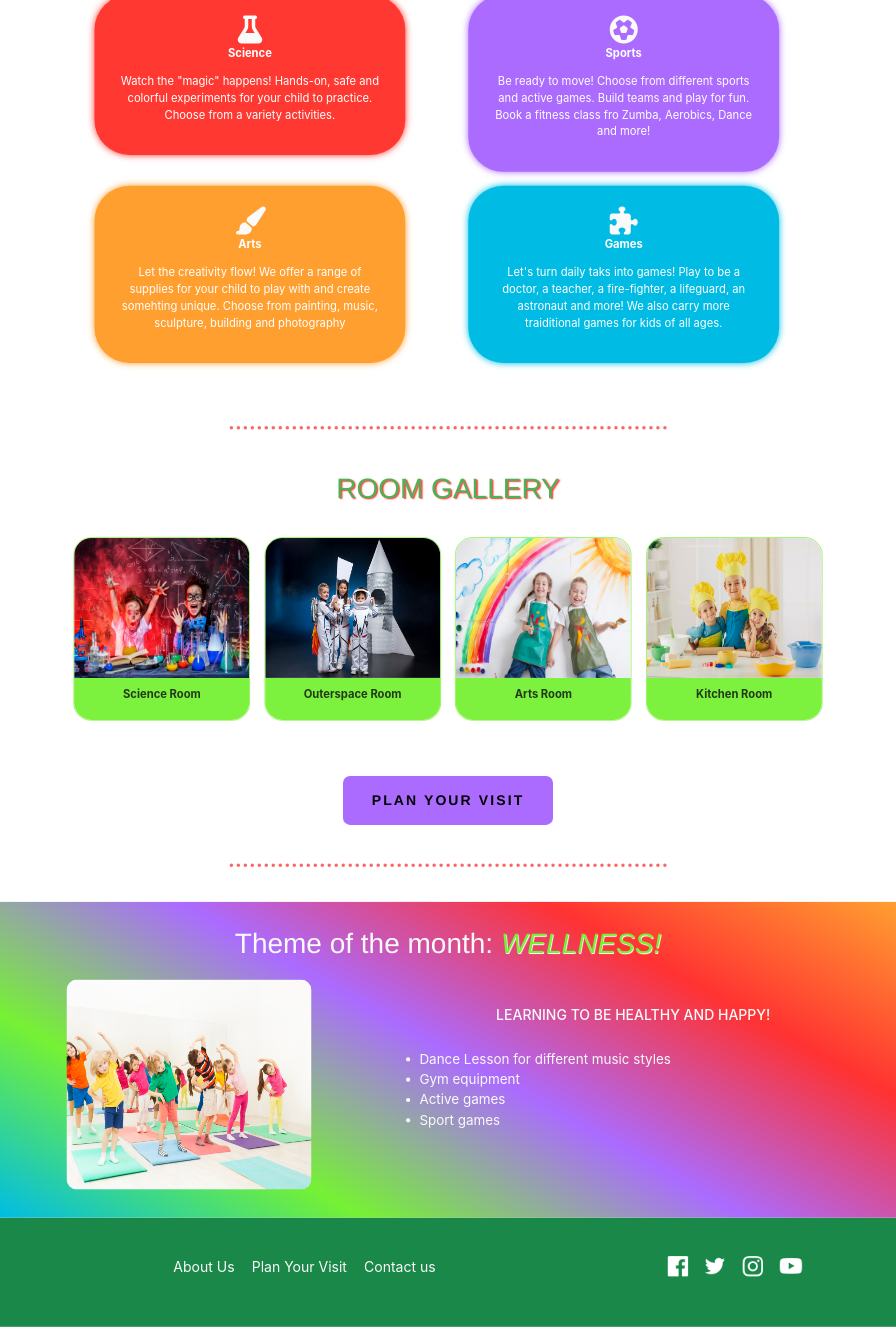
Repository: Code-Institute-Submissions/my-first-frontend-milestone-project
Page: index.html
The author's editor kept a record of every edit. The page is drawn from the files as they stood at one moment, then again after the next edit.
The browser window is 1280 px wide. The pictures show the part of the page from y = 1889 to 3809 px (the page is 3784 px tall before and 3809 px after), at 70% of full size.
Some web fonts or font styles are not loaded; a fallback is used. Some web libraries are served in a nearby version.

Above is the page before.

After the next edit:
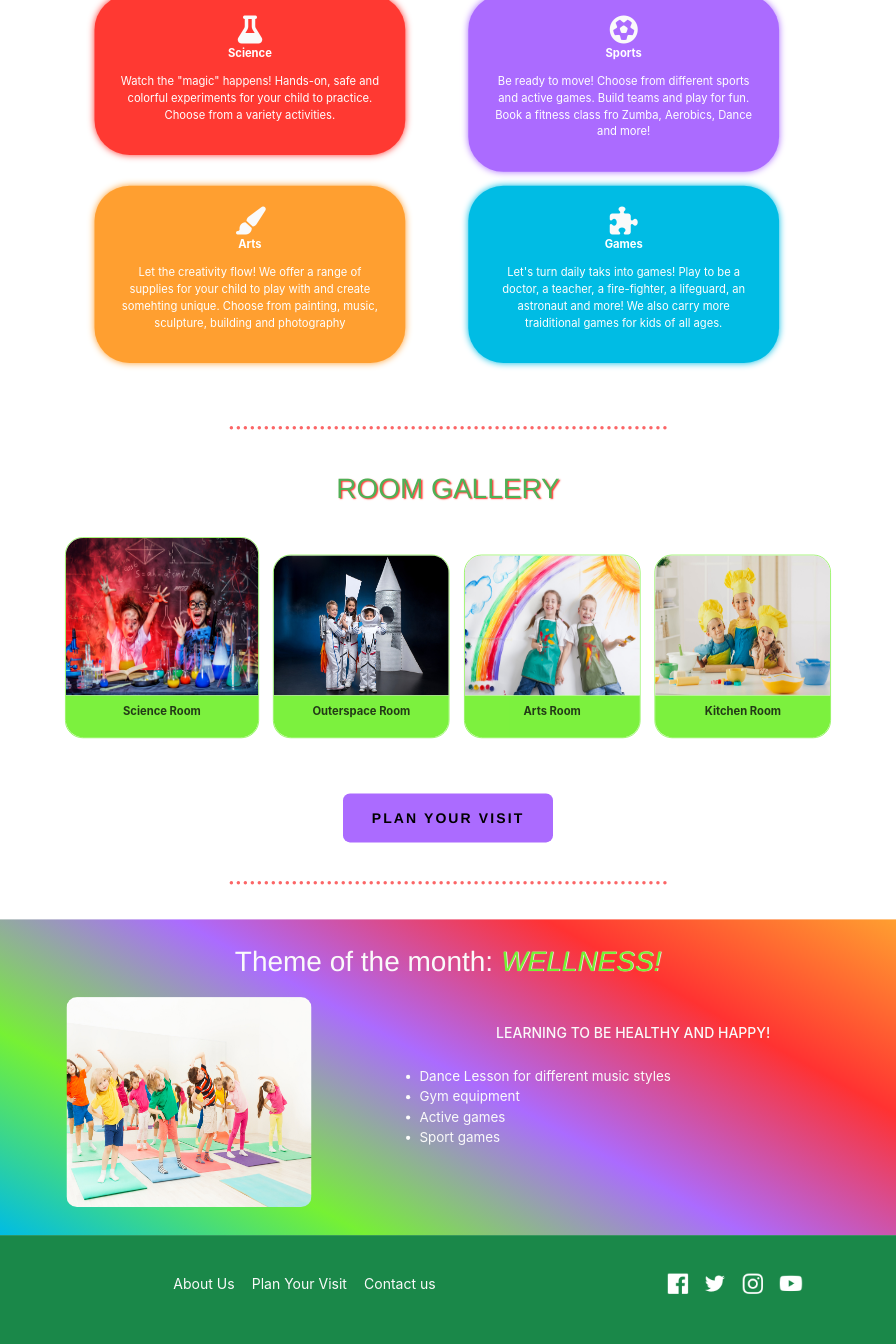
The edit:
--- a/index.html
+++ b/index.html
@@ -126,7 +126,7 @@
                         <h2 class="subtitle uppercase">Room Gallery</h2>
                         <ul>
                             <li class="room1">
-                                <img src="./images/science-room.jpg" alt="Science-Room" width="250" height="200">
+                                <img src="./images/science-room.jpg" alt="Science-Room" width="275" height="225">
                                 <div class="gallery_caption"><strong><p>Science Room</p></strong>
                                 </div>
                             </li>
